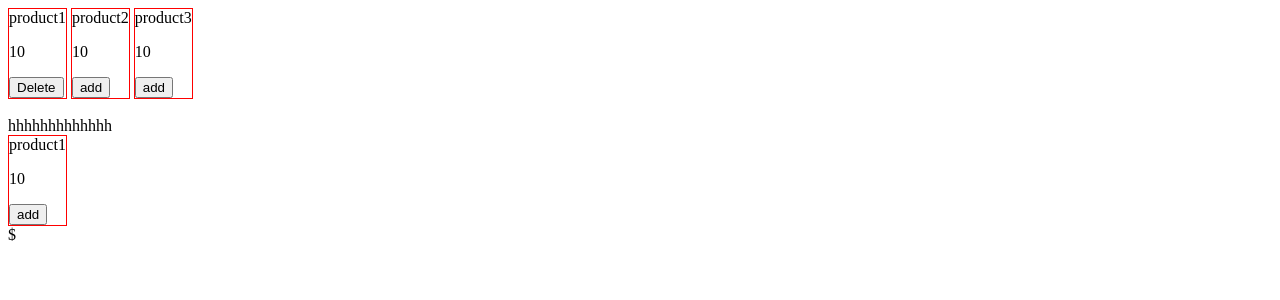
Repository: quynh232000/javascript-basic
Page: Lab5/demo.html
These files come from the project's save history. The page is drawn as it stood at one moment and after the next save; the edit follows.
The browser window is 1280 px wide. The pictures show the whole page.
After loading, the first visible `button.btn` was clicked once.

Above is the page before, as saved 2023-07-27 23:15:44.

After the next save:
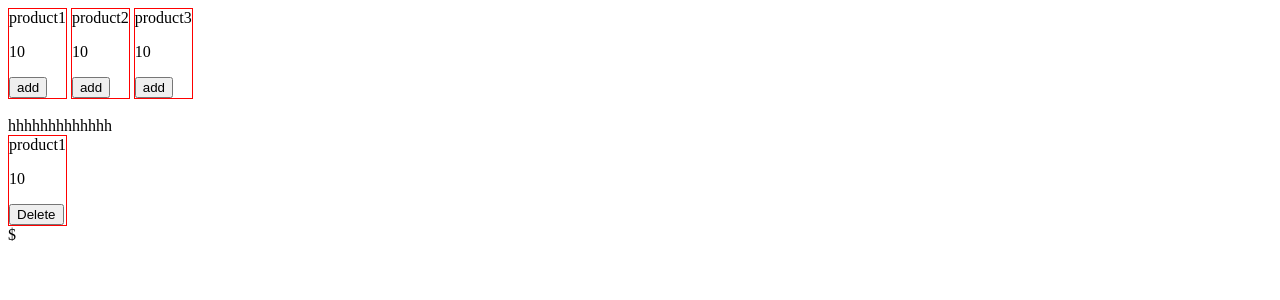
Saved 14 s later.
--- a/Lab5/demo.html
+++ b/Lab5/demo.html
@@ -65,7 +65,7 @@
           const item = btn.closest(".item");
           if (item) {
             const itemCopy = item.cloneNode(true);
-            document.querySelector(".btn").textContent = "Delete";
+            itemCopy.querySelector(".btn").textContent = "Delete";
             b.appendChild(itemCopy);
           }
         });
